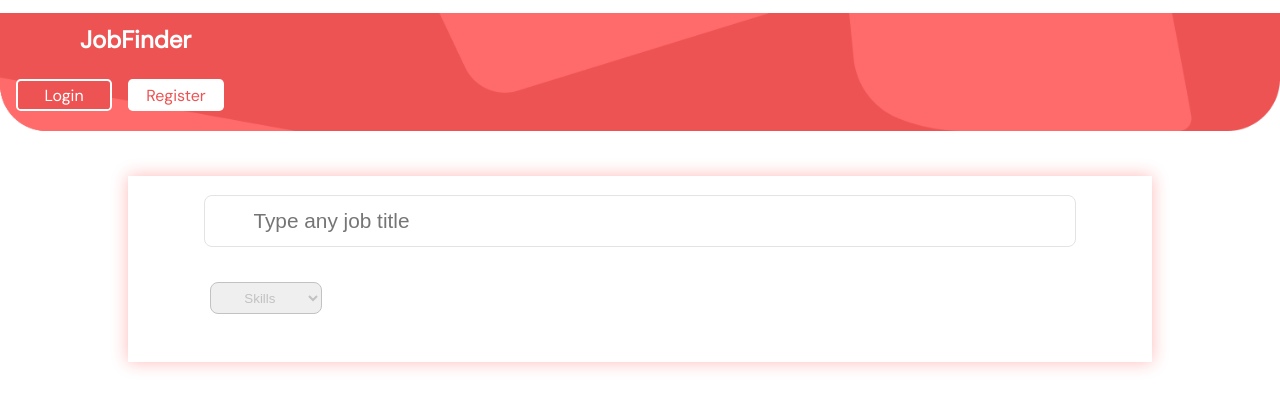
Repository: drumsmanku/node-capstone-project-1
Page: / (app in client/)
An editor plug-in stored every save of this project. The page is shown before and after the next save, followed by the edit.
The browser window is 1280 px wide. The pictures show the whole page.
The page's requests for data from a server got no answer. The project was rebuilt for these pictures with package versions that can differ from the ones it lists, and the page was loaded fresh each time. No one was signed in, and anything a server would have sent is missing. Also part of the build but not shown: client/src/components/Register.js, client/src/components/Login.js, client/src/components/AddJob.js, client/src/components/Success.js, client/src/components/EditJob.js, client/src/components/JobDetails.css, client/src/components/JobDetails.js, client/src/components/FailedLogin.js and 1 more.

Above is the page before, as saved 2023-07-23 18:53:23.

### client/src/App.js
import './App.css';
import Register from './components/Register';
import Login from './components/Login';
import AddJob from './components/AddJob';
import { BrowserRouter as Router, Route, Routes} from 'react-router-dom';
import Success from './components/Success';
import JobMainPage from './components/JobMainPage';
import EditJob from './components/EditJob';
import JobDetails from './components/JobDetails';
import FailedLogin from './components/FailedLogin';
import FailedRegister from './components/FailedRegister';

function App() {
  return (
    <div className="App">
      <Router>
        <Routes>
          <Route path='/' element={<JobMainPage/>}/>
          <Route path='/register' element={<Register />}/>
          <Route path='/add' element={<AddJob/>}/>
          <Route path='/login' element={<Login/>}/>
          <Route path='/main-job' element={<JobMainPage/>}/>
          <Route path='/edit-job/:id' element={<EditJob/>}/>
          <Route path="/job-det/:id" element={<JobDetails/>}/>
          <Route path='/success' element={<Success/>}/>
          <Route path='/failed-login' element={<FailedLogin/>}/>
          <Route path='/failed-signup' element={<FailedRegister/>}/>

        </Routes>
      </Router>

    </div>
  );
}

export default App;

### client/src/components/JobMainPage.js
import React, { useEffect, useState } from 'react';
import './JobMainPage.css';
import back from '../Assets/backnew.png'
import { useNavigate } from 'react-router-dom';
import axios from 'axios';
import peopleImg from '../Assets/people.png';
import flagImg from'../Assets/flag.png';
import profile from '../Assets/profilepic.webp';


function JobMainPage() {
  const [jobs, setJobs] = useState([]);
  const [user, setUser] = useState(localStorage.getItem('user'));
  const [skillsDet, setSkillsDet]=useState([]);
  const [position, setPosition]=useState([]);
  const [isLoggedIn, setIsLoggedIn] = useState(false);

  const handleChange=(event)=>{
    const skillGroup = event.target.value;
    if (!skillsDet.includes(skillGroup)) {
      setSkillsDet([...skillsDet, skillGroup]);
    }
  }

  const handleSearchChange=(event)=>{
    setPosition( [event.target.value])
  }
  const handleClose=(event)=>{
    setSkillsDet([]);
  }
  const removeSkill = (skillToRemove) => {
    setSkillsDet(skillsDet.filter(skill => skill !== skillToRemove));
  }


  useEffect(() => {

    const skills = skillsDet;
    const jobPositions = position;
    axios.get(`https://job-new-portal.onrender.com/get-jobs?skills=${skills.join(',')}&jobPosition=${jobPositions.join(',')}`)
      .then(res => {
        setJobs(res.data.jobs);
      })
      .catch(err => console.log(err));
  }, [skillsDet, position]);

  useEffect(() => {
    const user = localStorage.getItem('user');
    if (user) {
      setIsLoggedIn(true);
    }
  }, []);

  const handleLogout = () => {
    localStorage.removeItem('user');
    setIsLoggedIn(false);
    navigate('/login');
  };
  const navigate=useNavigate();

  const styles = {
    body: {
      margin: 0,
      padding: 0,
    },
    container: {
      width: '100%',
      padding: '0 0rem',
    },
    searchAndTags: {
      flexDirection: window.innerWidth > 768 ? 'row' : 'column',
    },
    jobCards: {
      flexDirection: window.innerWidth > 768 ? 'row' : 'column',
    },
    jobCard: {
      flexDirection: window.innerWidth > 768 ? 'row' : 'column',
    },
    skillsContainer: {
      display: 'flex',
      flexWrap: 'wrap',
    },

  };

  return (
    <div style={{...styles.container, fontFamily:'DM Sans'}} className='main-page-container'>
      <div className='main-upper-container' style={{backgroundImage:`url(${back})`, }}>

        <div>
        <h3 style={{marginLeft:'5rem', color:'white', fontSize:'1.5rem'}}>JobFinder</h3>
        <div style={{display:'flex', marginRight:'5rem'}}>
            {isLoggedIn ? (
              <>
                <button style={{background:'none', fontSize:'large', border:'none', fontFamily:'DM Sans', color:'white'}} onClick={handleLogout}>Logout</button>
                <span style={{color:'white', fontFamily:'DM Sans', fontSize:'large', display:'flex', alignItems:'center', marginLeft:'1rem'}}>Hello! {user}</span>
                <img src={profile} alt="" height={50} width={50} style={{borderRadius:'100%', marginLeft:'1rem'}} />
              </>
            ) : (
              <>
                <button className='btn-main-page-login' onClick={()=>{navigate('/login')}} type='submit'  >Login</button>
                <button type='submit'  onClick={()=>{navigate('/register')}} className='btn-main-page-register'  >Register</button>
              </>
            )}
          </div>
        </div>
      </div>
      <div className="main-lower-container">
        <div className='content' style={{width:'80%'}}>
          <div className='search-and-tags'style={{...styles.searchAndTags, boxShadow:'0 0 1rem 0rem #FF202050', width:'100%', display:'flex', flexDirection:'column', alignItems:'center', marginTop:"2rem", marginBottom:'1rem'}}>
              <input onChange={handleSearchChange} type="text" placeholder='Type any job title' style={{paddingLeft:'3rem', height:'3rem', width:'80%', borderRadius:'0.5rem', border:'1.8px solid #E3E3E3', fontSize:'1.3rem', marginTop:'1.2rem ', marginBottom:'1.2rem'}} />
              <div style={{width:'84%', display:'flex', marginBottom:"3rem", marginTop:'1rem'}}>
                <select onChange={handleChange} style={{border:'1.84px solid #C2C2C2', borderRadius:'0.5rem', height:'2rem', color:'#C2C2C2', width:'7rem', marginRight:'1rem'}} name='remoteOrOffice'  placeholder='Select'>
                  <option style={{textAlign:'center', color:'#C2C2C2'}} value="">Skills</option>
                  <option value="Node">Node</option>
                  <option value="React">React</option>
                  <option value="CSS">CSS</option>
                  <option value="JavaScript">JavaScript</option>
                  <option value="HTML">HTML</option>
                  <option value="Wordpress">Wordpress</option>
                  <option value="php">php</option>

                  <option value="C">C</option>
                  <option value="Python">Python</option>
                </select>
                <div style={{display:'flex', flexWrap:'wrap'}}>
                  {
                    skillsDet.map((skill, key) => (
                      <span style={{marginRight:'1rem', backgroundColor:'#FFEEEE', height:'2rem', width:'6rem', fontSize:'small',display:'flex', justifyContent:'space-between', alignItems:'center', paddingLeft:'1rem', borderRadius:'0.2rem', marginBottom:'1rem'}} id={key}>
                        {skill}
                        <button style={{height:'inherit', border:'none', backgroundColor:'#FF6B6B', width:'30%', color:'white', cursor:'pointer'}} onClick={() => removeSkill(skill)}>X</button>
                      </span>
                    ))

                  }
                </div>
                <div style={{width:'31%', textAlign:'end'}}>
                  {
                    skillsDet.length > 0 && (
                      <button onClick={handleClose} style={{border:'none', background:'none',fontSize:'0.9rem', color:'#ED5353'}}>Clear</button>
                    )
                  }
                  {
                    isLoggedIn&&(
                      <button onClick={()=>{navigate('/add')}} style={{backgroundColor:'#ED5353', border:'none', borderRadius:'0.2rem', height:'2rem', width:'8rem', color:'white', fontFamily:'DM Sans', fontSize:'medium', marginRight:'0.5rem', cursor:'pointer'}}>Add Job +</button>
                    )
                  }

                </div>


              </div>

          </div>
          <div className="job-cards" style={styles.jobCards}>
              {
                jobs.map((job, idx)=>(
                  <div key={idx} style={{...styles.jobCard, boxShadow:'0 0 1rem 0rem #FF202030', width:'100%', display:'flex', marginBottom:'2rem',paddingTop:'2rem',paddingBottom:'2rem', alignItems:'center'}}>
                    <div style={{width:'10%', height:'8rem', justifyContent:'center', display:'flex'}}>
                      <img src={job.logoURL} alt="" width={60} />
                    </div>
                    <div style={{width:'80%', display:'flex', justifyContent:'space-between'}}>
                      <div style={{display:'flex', flexDirection:'column'}}>
                        <b>{job.jobPosition}</b>
                        <div style={{display:'flex', alignItems:'center', color:'#9C9C9C'}}>
                          <img src={peopleImg} alt="" height={15} style={{marginRight:'2rem'}}/>
                          <p style={{marginRight:'2rem'}}>11-50</p>
                          <span style={{marginRight:'2rem'}}>₹{job.monthlySalary}</span>
                          <div style={{display:'flex', alignItems:'center', marginRight:'2rem'}}>
                            <img src={flagImg} alt="" height={30} style={{marginRight:'1rem'}} />
                            <p>{job.location}</p>
                          </div>
                        </div>
                        <div style={{display:'flex', fontSize:'0.8rem', width:'9rem', justifyContent:'space-between', color:'#ED5353'}}>
                          <p style={{}}>{job.remoteOrOffice}</p>
                          <p>{job.jobType}</p>
                        </div>
                      </div>
                      <div style={{display:'flex', flexDirection:'column', justifyContent:'space-between', alignItems:'flex-end'}}>
                        <div style={{...styles.skillsContainer,display:'flex', marginTop:'1rem', marginBottom:'2rem'}}>
                          {
                            position!=''&&<span style={{marginRight:'1rem', backgroundColor:'#FFEEEE', height:'2rem', width:'5rem', fontSize:'small',display:'flex', justifyContent:'center', alignItems:'center', borderRadius:'0.2rem', fontWeight:'bold'}} >{position}</span>
                          }
                          {
                            job.skills.map((skill, idx)=>(
                              <span style={{marginRight:'1rem', backgroundColor:'#FFEEEE', height:'2rem', width:'5rem', fontSize:'small',display:'flex', justifyContent:'center', alignItems:'center', borderRadius:'0.2rem', fontWeight:'bold', marginBottom:'1rem'}} key={idx}>{skill}</span>
                            ))
                          }
                        </div>
                        <div>
                          {isLoggedIn && <button style={{backgroundColor:'white', border:'2px solid #ED5353', borderRadius:'0.2rem', height:'2rem', width:'8rem', color:'#ED5353', fontFamily:'DM Sans', fontSize:'medium', marginRight:'0.5rem', cursor:'pointer'}} onClick={() => navigate(`/edit-job/${job._id}`)}>Edit job</button>}
                          <button style={{backgroundColor:'#ED5353', border:'none', borderRadius:'0.2rem', height:'2rem', width:'8rem', color:'white', fontFamily:'DM Sans', fontSize:'medium', marginRight:'0.5rem', cursor:'pointer'}} onClick={() => navigate(`/job-det/${job._id}`)} > View Details
                          </button>
                        </div>

                      </div>
                    </div>

                  </div>
                ))
              }
          </div>
        </div>
      </div>
    </div>
  )
}

export default JobMainPage

### client/src/components/Register.css
@import url('https://fonts.googleapis.com/css2?family=DM+Sans&display=swap');

body{
  font-family: 'DM Sans';
}

.reg-container{
  width:100vw;
  height: 100vh;
  display: flex;
}

.reg-left-container{
  width: 55%;
  display: flex;
  flex-direction: column;
  justify-content: center;
  font-family: 'DM Sans';
  color: black;

}
.reg-right-container{
  width: 45%;
  height: 100vh;
  background-size: 'cover';
  background-position:center;
  background-repeat: no-repeat;
}
.reg-container form{
  display: flex;
  flex-direction: column;
}
.reg-container input[type='text'], [type='password'], [type='email']{
  width: 70%;
  height: 3rem;
  border:2px solid #C2C2C2;
  border-radius: 0.4rem;
  padding-left: 1rem;
  font-size: 1rem;
  color: black;
  margin-bottom: 2rem;
}
.reg-container button{
  height: 2.7rem;
  width: 25%;
  font-size: x-large;
  background-color: #ED5353;
  border: none;
  border-radius: 0.3rem;
  margin-left: 5rem;
  margin-bottom: 1rem;
  color: white;
}
span a{
  color:black;
}

### client/src/components/Login.css
@import url('https://fonts.googleapis.com/css2?family=DM+Sans&display=swap');

body{
  font-family: 'DM Sans';
}

.login-container{
  width:100vw;
  height: 100vh;
  display: flex;
}
.login-left-container{
  width: 55%;
  display: flex;
  flex-direction: column;
  justify-content: center;
  font-family: 'DM Sans';
  color: black;

}

.login-right-container{
  width: 45%;
  height: 100vh;
  background-size: 'cover';
  background-position:center;
  background-repeat: no-repeat;
}

.login-container form{
  display: flex;
  flex-direction: column;
}
.login-container input [type='password'], [type='email']{
  width: 70%;
  height: 3rem;
  border:2px solid #C2C2C2;
  border-radius: 0.4rem;
  padding-left: 1rem;
  font-size: 1rem;
  color: black;
  margin-bottom: 2rem;
}

.login-container button{
  height: 2.7rem;
  width: 25%;
  font-size: x-large;
  background-color: #ED5353;
  border: none;
  border-radius: 0.3rem;
  margin-left: 5rem;
  margin-bottom: 1rem;
  color: white;
}

### client/src/components/AddJob.css
@import url('https://fonts.googleapis.com/css2?family=DM+Sans&display=swap');

body{
  font-family: 'DM Sans';
}

.add-container{
  height: 100vh;
  width: 100vw;
  display: flex;
}

.add-left-container{
  width: 58%;

  display: flex;
  flex-direction: column;
  justify-content: center;
  align-items: center;
}
.add-right-container{
  width: 42%;
  background-size: 'cover';
  background-position:center;
  background-repeat: no-repeat;
}
.add-container input{
  border: 2px solid #C2C2C2;
  border-radius: 0.2rem;
  margin-bottom: 1rem;
  margin-left: 1rem;
  padding-left: 1rem;
}
.add-left-container form{
  width: 100%;
  display: flex;
  flex-direction: column;
  margin-left: 20%;
}
.btn-add-page-add{
  height: 2rem;
  width: 15%;
  font-size: medium;
  background-color: #ED5353;
  border: none;
  border-radius: 0.3rem;
  margin-left: 1rem;
  margin-bottom:0;
  color: white;
  cursor: pointer;
}
.btn-add-page-cancel{
  height: 2rem;
  width: 15%;
  font-size: medium;
  background-color: #FFFFFF;
  border: 1px solid #CECECE;
  color: #CECECE;
  border-radius: 0.3rem;
  cursor: pointer;
  margin-bottom: 0;

}

### client/src/components/JobMainPage.css
@import url('https://fonts.googleapis.com/css2?family=DM+Sans&display=swap');


.main-page-container{
  height: 100vh;
  width: 100vw;
  display: flex;
  flex-direction: column;
}
.header {
  display: flex;
  justify-content: space-between;
  align-items: center;
  padding: 0 5rem;
}

.header h3 {
  color: white;
  font-size: 1.5rem;
}

.header-right {
  display: flex;
}

.main-upper-container{
  height: 20%;
  width: 100%;
  display: flex;
  background-size: 100%;
  background-position:center;
  background-repeat: no-repeat;
}
.main-lower-container{
  height: 80%;
  width: 100%;
  display: flex;
  flex-direction: column;
  align-items: center;
}
.btn-main-page-login{
  height: 2rem;
  width: 6rem;
  font-weight: 500;
  font-size: medium ;
  background-color: #ED5353;
  border: 2px solid white;
  border-radius: 0.3rem;
  margin-left: 1rem;
  margin-bottom:0;
  color: white;
  font-family: 'DM Sans';
  cursor: pointer;
}
.btn-main-page-register{
  height: 2rem;
  width: 6rem;
  font-size: medium;
  font-weight: 500;
  background-color: white;
  border: none;
  border-radius: 0.3rem;
  margin-left: 1rem;
  margin-bottom:0;
  color: #ED5353;
  font-family: 'DM Sans';
  cursor: pointer;
}

### client/src/components/EditJob.css
@import url('https://fonts.googleapis.com/css2?family=DM+Sans&display=swap');

body{
  font-family: 'DM Sans';
}

.edit-container{
  height: 100vh;
  width: 100vw;
  display: flex;
}

.edit-left-container{
  width: 58%;

  display: flex;
  flex-direction: column;
  justify-content: center;
  align-items: center;
}
.edit-right-container{
  width: 42%;
  background-size: 'cover';
  background-position:center;
  background-repeat: no-repeat;
}
.edit-container input{
  border: 2px solid #C2C2C2;
  border-radius: 0.2rem;
  margin-bottom: 1rem;
  margin-left: 1rem;
  padding-left: 1rem;
}
.edit-left-container form{
  width: 100%;
  display: flex;
  flex-direction: column;
  margin-left: 20%;
}
.btn-edit-page-edit{
  height: 2rem;
  width: 15%;
  font-size: medium;
  background-color: #ED5353;
  border: none;
  border-radius: 0.3rem;
  margin-left: 1rem;
  margin-bottom:0;
  color: white;
  cursor: pointer;
}
.btn-edit-page-cancel{
  height: 2rem;
  width: 15%;
  font-size: medium;
  background-color: #FFFFFF;
  border: 1px solid #CECECE;
  color: #CECECE;
  border-radius: 0.3rem;
  cursor: pointer;
  margin-bottom: 0;

}

Loaded but not shown: client/public/index.html (common file); client/src/index.js (common file); client/src/index.css (common file); client/src/App.css (no stored copy; drawn as an empty file)

After the next save:
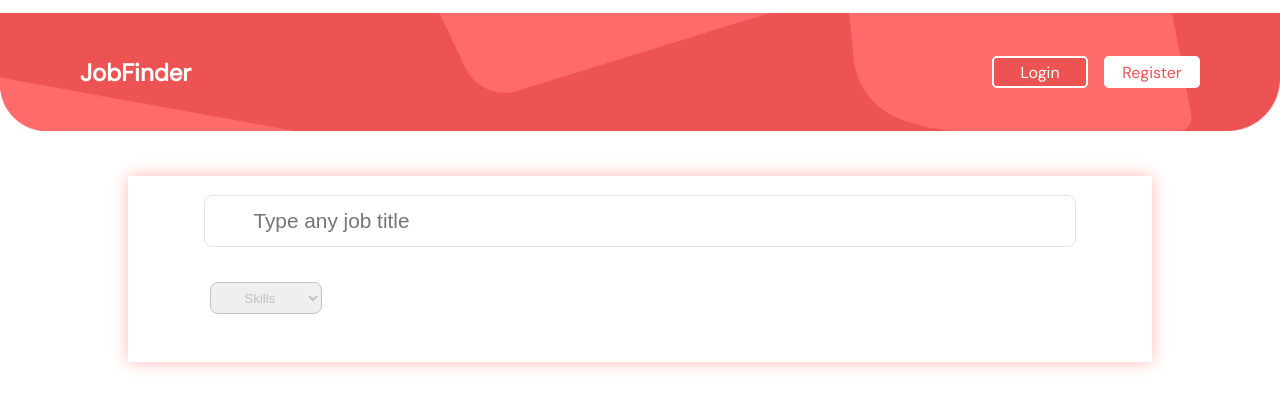
Saved 27 s later.
--- a/client/src/components/JobMainPage.js
+++ b/client/src/components/JobMainPage.js
@@ -87,7 +87,7 @@ function JobMainPage() {
     <div style={{...styles.container, fontFamily:'DM Sans'}} className='main-page-container'>
       <div className='main-upper-container' style={{backgroundImage:`url(${back})`, }}>
 
-        <div>
+        <div style={{display:'flex',width:'100%', justifyContent:' space-between', alignItems:'center',}}>
         <h3 style={{marginLeft:'5rem', color:'white', fontSize:'1.5rem'}}>JobFinder</h3>
         <div style={{display:'flex', marginRight:'5rem'}}>
             {isLoggedIn ? (
@@ -106,7 +106,7 @@ function JobMainPage() {
         </div>
       </div>
       <div className="main-lower-container">
-        <div className='content' style={{width:'80%'}}>
+        <div style={{width:'80%'}}>
           <div className='search-and-tags'style={{...styles.searchAndTags, boxShadow:'0 0 1rem 0rem #FF202050', width:'100%', display:'flex', flexDirection:'column', alignItems:'center', marginTop:"2rem", marginBottom:'1rem'}}>
               <input onChange={handleSearchChange} type="text" placeholder='Type any job title' style={{paddingLeft:'3rem', height:'3rem', width:'80%', borderRadius:'0.5rem', border:'1.8px solid #E3E3E3', fontSize:'1.3rem', marginTop:'1.2rem ', marginBottom:'1.2rem'}} />
               <div style={{width:'84%', display:'flex', marginBottom:"3rem", marginTop:'1rem'}}>
@@ -157,7 +157,7 @@ function JobMainPage() {
                 jobs.map((job, idx)=>(
                   <div key={idx} style={{...styles.jobCard, boxShadow:'0 0 1rem 0rem #FF202030', width:'100%', display:'flex', marginBottom:'2rem',paddingTop:'2rem',paddingBottom:'2rem', alignItems:'center'}}>
                     <div style={{width:'10%', height:'8rem', justifyContent:'center', display:'flex'}}>
-                      <img src={job.logoURL} alt="" width={60} />
+                      <img src={job.logoURL} alt="" height={70} />
                     </div>
                     <div style={{width:'80%', display:'flex', justifyContent:'space-between'}}>
                       <div style={{display:'flex', flexDirection:'column'}}>
